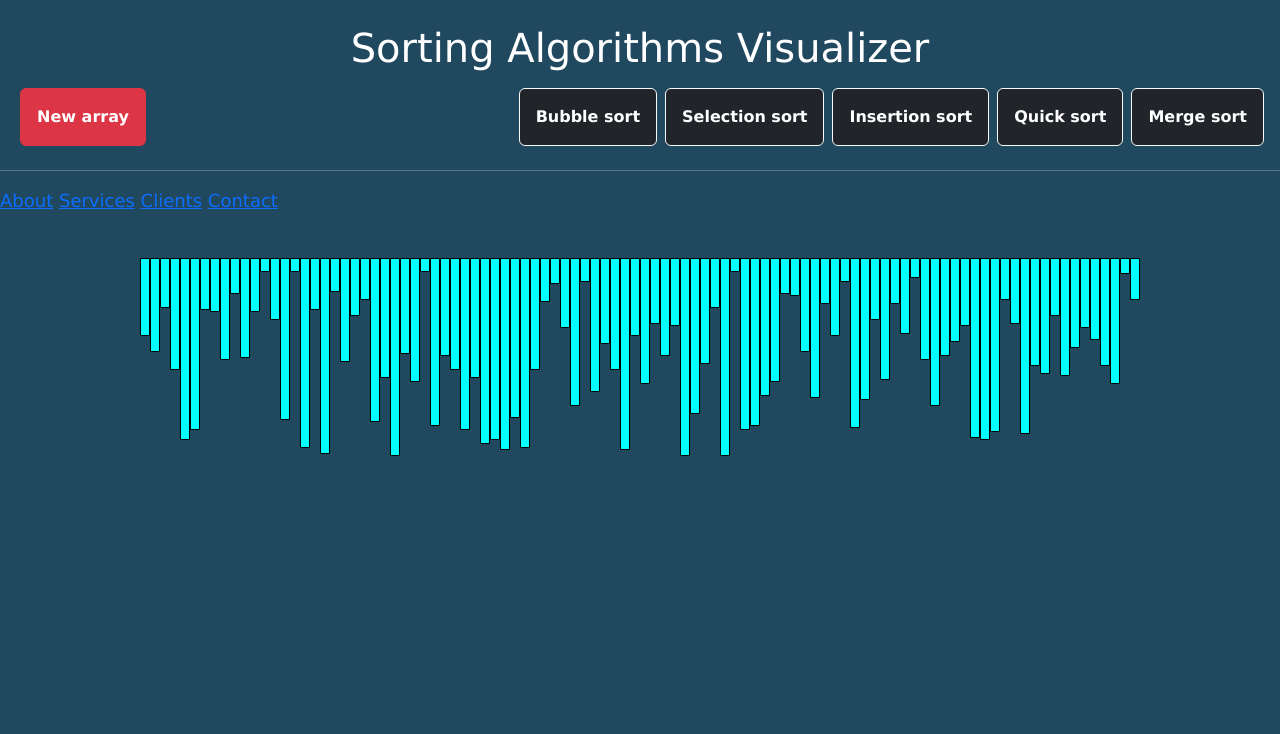
Repository: Vasil1001/Sorting-Algorithms-Visualizer-js
Page: views/index.html
These files come from the project's save history. The page is drawn as it stood at one moment and after the next save; the edit follows.
The browser window is 1280 px wide. The pictures show the whole page.

Above is the page before, as saved 2022-11-03 17:52:07.

### views/index.html
<!doctype html>
<html lang="en">

<head>
  <meta charset="utf-8">
  <meta name="viewport" content="width=device-width, initial-scale=1">

  <title>Sorting Algorithms Visualizer</title>

  <!-- Import css & bootstrap-->
  <link href="https://cdn.jsdelivr.net/npm/bootstrap@5.2.2/dist/css/bootstrap.min.css" rel="stylesheet"
    integrity="sha384-Zenh87qX5JnK2Jl0vWa8Ck2rdkQ2Bzep5IDxbcnCeuOxjzrPF/et3URy9Bv1WTRi" crossorigin="anonymous">
  <link rel="stylesheet" href="/css/base.css">

</head>

<header>
  <h1 align="center" class="mt-4">Sorting Algorithms Visualizer</h1>


  <nav class="navbar navbar-expand-lg">

    <div class="container-fluid">
      <button type="button" class="btn btn-danger mx-2 p-3 " id="new_array" style="color: white;"><b>New
          array </b>
      </button>
      <ul class="navbar-nav">
        <li class="nav-item">
          <button type="button" class="btn btn-dark border-light mx-1 p-3 " id="bubble_sort"
            style="color: white;"><b>Bubble
              sort</b> </button>
        </li>
        <li class="nav-item">
          <button type="button" class="btn btn-dark border-light mx-1 p-3 " id="selection_sort"
            style="color: rgb(255, 255, 255);">
            <b>Selection sort</b></button>
        </li>
        <li class="nav-item">
          <button type="button" class="btn btn-dark border-light mx-1 p-3 " id="insertion_sort" style="color: white;">
            <b>Insertion sort</b></button>
        </li>
        <li class="nav-item">
          <button type="button" class="btn btn-dark border-light mx-1 p-3 " id="quick_sort" style="color: white;">
            <b>Quick sort</b></button>
        </li>
        <li class="nav-item">
          <button type="button" class="btn btn-dark border-light mx-1 p-3 " id="merge_sort"> <b>Merge sort</b></button>
        </li>

      </ul>
    </div>
  </nav>


</header>

<body>

  <hr style="color: white;">

  <div class="sidenav">
    <a href="#about">About</a>
    <a href="#services">Services</a>
    <a href="#clients">Clients</a>
    <a href="#contact">Contact</a>
  </div>

  <div class="main">
    <div id="bars" class="bars flex-container p-4"></div>
  </div>

  <!-- Import css & bootstrap-->
  <script src="https://cdn.jsdelivr.net/npm/bootstrap@5.2.2/dist/js/bootstrap.bundle.min.js"
    integrity="sha384-OERcA2EqjJCMA+/3y+gxIOqMEjwtxJY7qPCqsdltbNJuaOe923+mo//f6V8Qbsw3"
    crossorigin="anonymous"></script>
  <script defer src="/sort_algos_js_files/index.js"></script>

</body>

</html>

### css/base.css
body {
    background-color: rgb(32, 72, 95);
    color:white;
    font-size: 18px;
    font-family: 'Lucida Sans', 'Lucida Sans Regular', 'Lucida Grande', 'Lucida Sans Unicode', Geneva, Verdana, sans-serif;
}
.flex-container{
    margin-top: 20px;
    display: flex;
    flex-wrap: nowrap;
    width: 100%;
    height: 500px;
    justify-content: center;
    transition: 2s all ease;
}

.flex-item{
    background: cyan;
    border: 1pt solid black;
    width: 10px;
    transition: 0.1s all ease;
}

### sort_algos_js_files/index.js
let random_array_100 = [];
createBarArray();


function createBarArray() {
    // Array to store randomly generated numbers
    random_array_100 = [];
    var numberOfBars = 0;
    let l = 100;

    // get a random number and add it to the array until there are 100 in array
    for (numberOfBars = 0; numberOfBars < l; numberOfBars++) {
        random_array_100.push(Math.round(Math.random() * l));
    }
    // print 100 random numbers of the array
    console.log(random_array_100);


     // select the div #bars element
     const bars = document.querySelector("#bars");
    // make bars with height from random array numbers
    for (let i = 0; i < random_array_100.length; i++) {
        // const para = document.createElement("div");
        // para.innerText = random_array_100[i];
        // document.body.appendChild(para);

        // create div bar for each number in the array
        const bar = document.createElement("div");
        bar.style.height = `${random_array_100[i]*2}px`;
        bar.classList.add('bar');
        bar.classList.add('flex-item');
        bar.classList.add(`barNo${i}`);
        bars.appendChild(bar);
    }
}

After the next save:
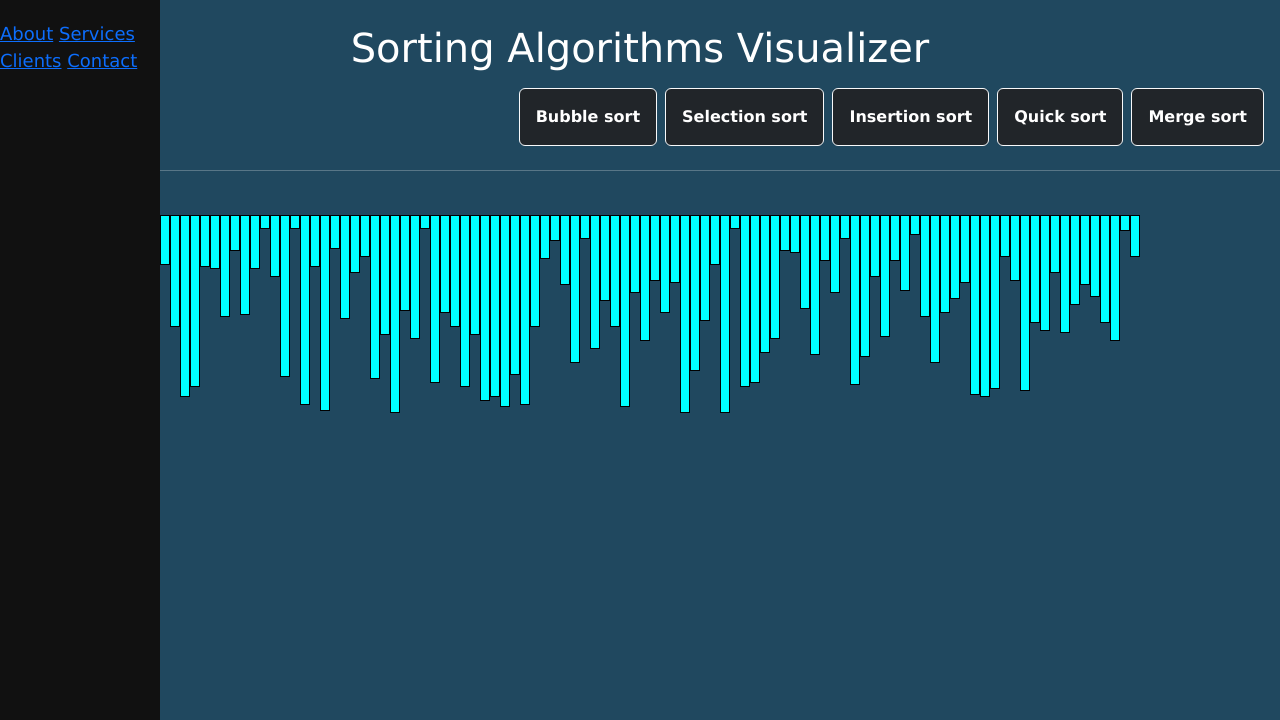
Saved 16 s later.
--- a/css/base.css
+++ b/css/base.css
@@ -20,3 +20,15 @@ body {
     width: 10px;
     transition: 0.1s all ease;
 }
+
+.sidenav {
+    height: 100%;
+    width: 160px;
+    position: fixed;
+    z-index: 1;
+    top: 0;
+    left: 0;
+    background-color: #111;
+    overflow-x: hidden;
+    padding-top: 20px;
+  }
